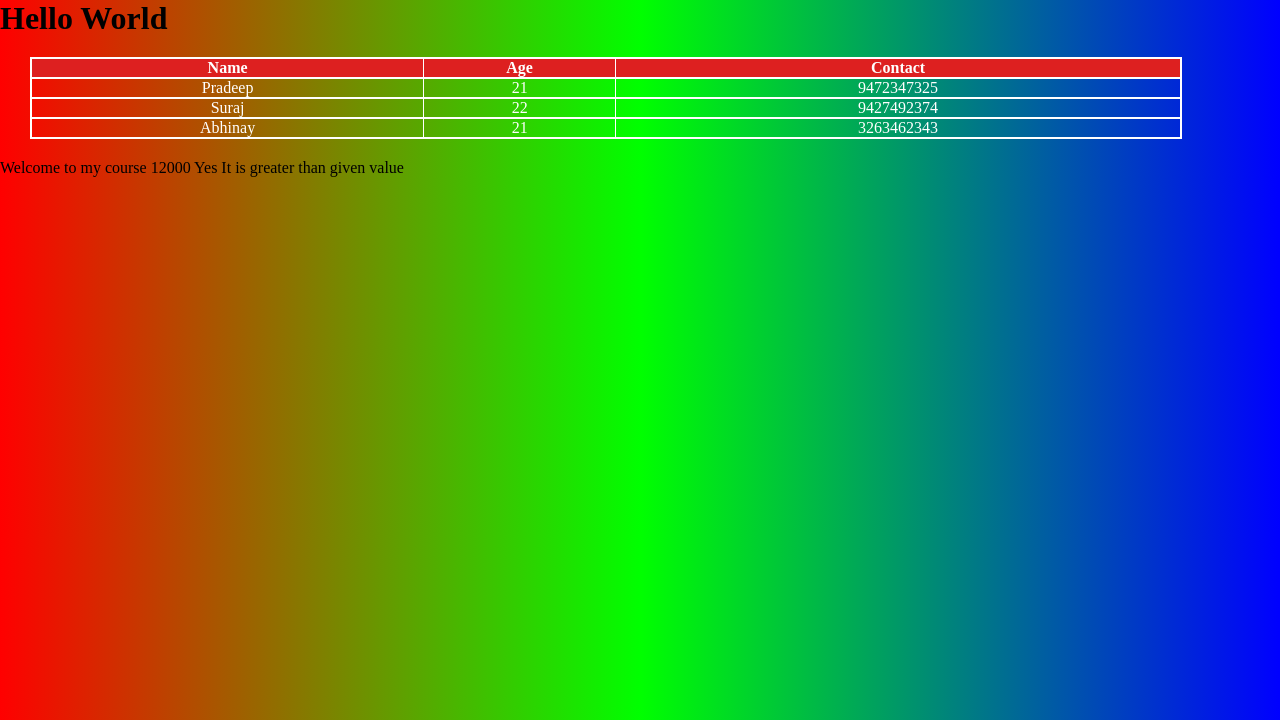
Repository: Pradeep4802/utopiatech
Page: http://localhost/OwnServlet/
These files come from the project's save history. The page is drawn as it stood at one moment and after the next save; the edit follows.
The browser window is 1280 px wide. The pictures show the whole page.
The page is served by Tomcat 9. Other server files are loaded and not shown.

Above is the page before, as saved 2023-10-09 14:15:01.

### eclipse-workspace/OwnServlet/src/main/webapp/index.jsp
<%@ page language="java" contentType="text/html; charset=UTF-8"
	pageEncoding="UTF-8"%>
<%@ taglib uri="http://java.sun.com/jsp/jstl/core" prefix="c" %>
<!DOCTYPE html>
<html lang="en">
<head>
<meta charset="UTF-8" />
<meta name="viewport" content="width=device-width, initial-scale=1.0" />
<title>BAsic</title>
<style>
* {
	margin: 0;
	padding: 0;
	box-sizing: border-box;
}

body {
	background: linear-gradient(to right, #ff0000, #00ff00, #0000ff);
	overflow-x: hidden;
}

table {
	border-collapse: collapse;
	/* border-spacing: 15px; */
	width: 90%;
	margin: 20px 30px;
	color: white;
	border: 2px solid white;
}

table tbody tr {
	border: 2px solid white;
}

table thead {
	background-color: rgb(221, 32, 32);
}

table td {
	text-align: center;
}
</style>
</head>
<body>
	<h1>Hello World</h1>

	<table border="1">
		<thead>
			<tr>
				<th>Name</th>
				<th>Age</th>
				<th>Contact</th>
			</tr>
		</thead>

		<tbody>
			<tr>
				<td>Pradeep</td>
				<td>21</td>
				<td>9472347325</td>
			</tr>
			<t>
			<td>Suraj</td>
			<td>22</td>
			<td>9427492374</td>
			</t>
			<tr>
				<td>Abhinay</td>
				<td>21</td>
				<td>3263462343</td>
			</tr>
		</tbody>
	</table>

	<c:out value="Welcome to my course" />
	<c:set var="num" value="${12000}" />
	<c:out value="${num }" />
	<c:if test="${num > 10000}">Yes It is greater than given value</c:if>
</body>
</html>

After the next save:
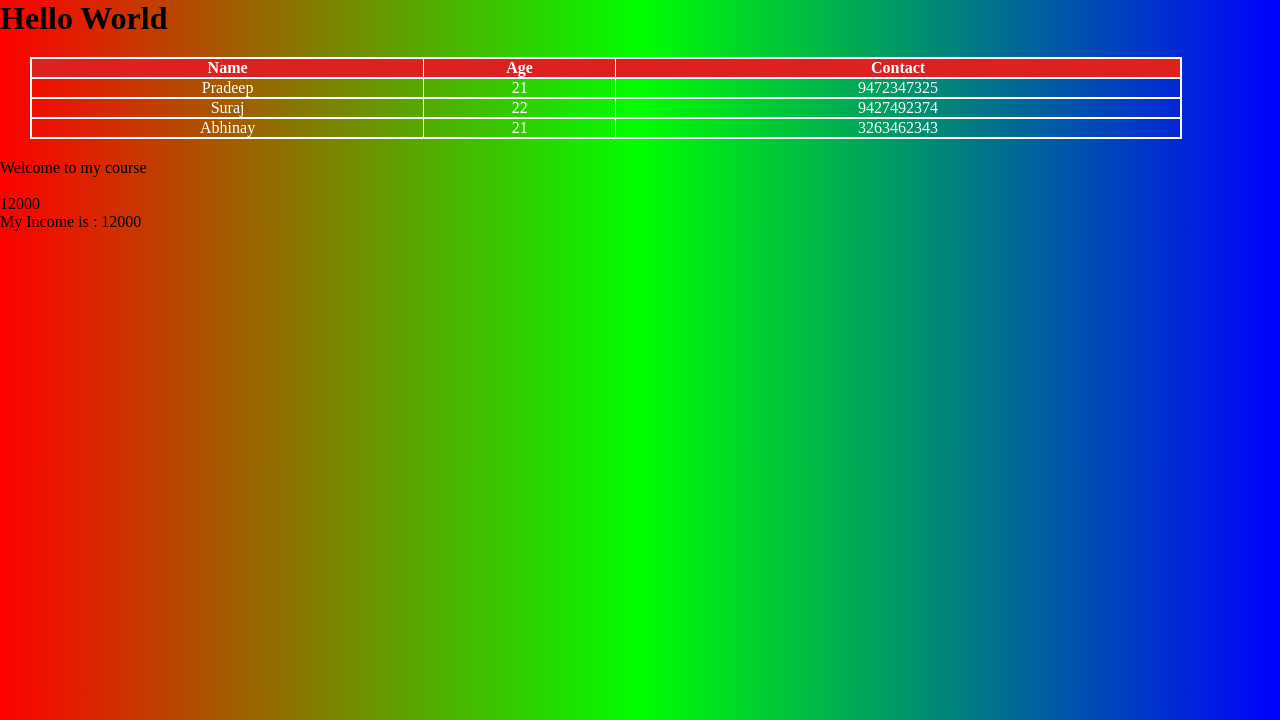
Saved 2 min 6 s later.
--- a/eclipse-workspace/OwnServlet/src/main/webapp/index.jsp
+++ b/eclipse-workspace/OwnServlet/src/main/webapp/index.jsp
@@ -73,8 +73,8 @@ table td {
 	</table>
 
 	<c:out value="Welcome to my course" />
-	<c:set var="num" value="${12000}" />
-	<c:out value="${num }" />
-	<c:if test="${num > 10000}">Yes It is greater than given value</c:if>
+	<br><c:set var="num" value="${12000}" />
+	<br><c:out value="${num}" />
+	<br><c:if test="${num < 10000 || num > 11500}"><p>My Income is : <c:out value="${num}"/></p></c:if>
 </body>
 </html>
